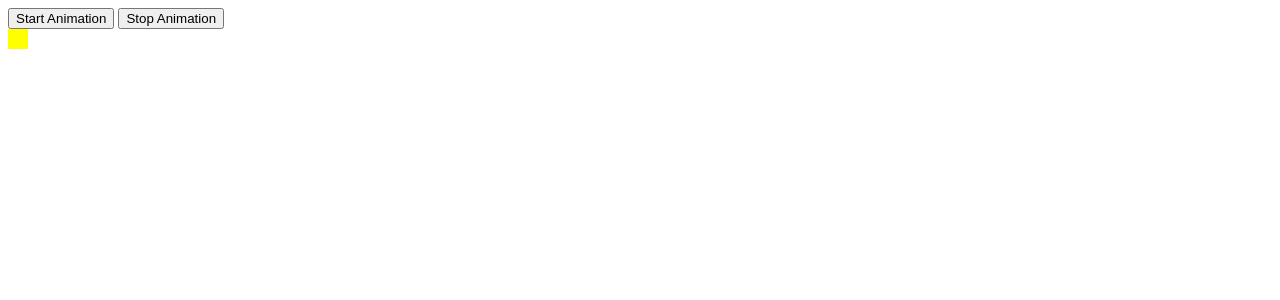
Repository: poornimakole/PRJS
Page: JS/JQuery/WebContent/Dequeue.html
An editor plug-in stored every save of this project. The page is shown before and after the next save, followed by the edit.
The browser window is 1280 px wide. The pictures show the whole page.
Some web libraries are served in a nearby version.

Above is the page before, as saved 2017-11-14 09:03:01.

### JS/JQuery/WebContent/Dequeue.html
<!DOCTYPE html>
<html>
<head>
<meta charset="ISO-8859-1">
<title>Insert title here</title>
<style>
	div
	{
	  width:20px;
	  height:20px;
	  background-color:yellow;
	}
</style>

  <script src="https://ajax.googleapis.com/ajax/libs/jquery/3.1.0/jquery.min.js"></script>
  <script>
   $(function(){
	   $("#start").click(function(){
		   $("div").animate({left:"+=200px"},2000)
		           .queue(function(){
		        	   $(this).toggleClass("red").dequeue();
		           })
		           .queue(function(){
		        	   $(this).addClass("customBorder").dequeue();
		           })
	       });

	      $("#stop").click(function(){
	    	  var myDiv=$("div");
	    	  myDiv.clearQueue();
	    	  myDiv.stop();
	      })
   })
  </script>
</head>
<body>
  <button id="start">Start Animation</button>
  <button id="stop">Stop Animation</button>
  <div></div>
</body>
</html>

After the next save:
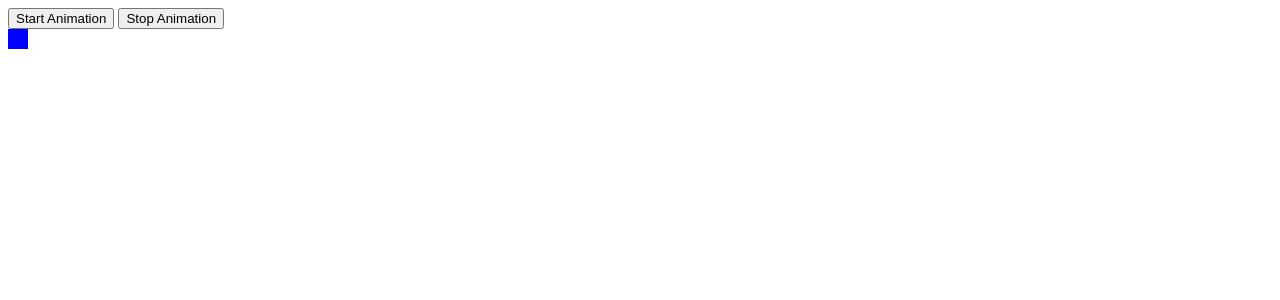
Saved 9 s later.
--- a/JS/JQuery/WebContent/Dequeue.html
+++ b/JS/JQuery/WebContent/Dequeue.html
@@ -8,7 +8,7 @@
 	{
 	  width:20px;
 	  height:20px;
-	  background-color:yellow;
+	  background-color:blue;
 	}
 </style>
 
